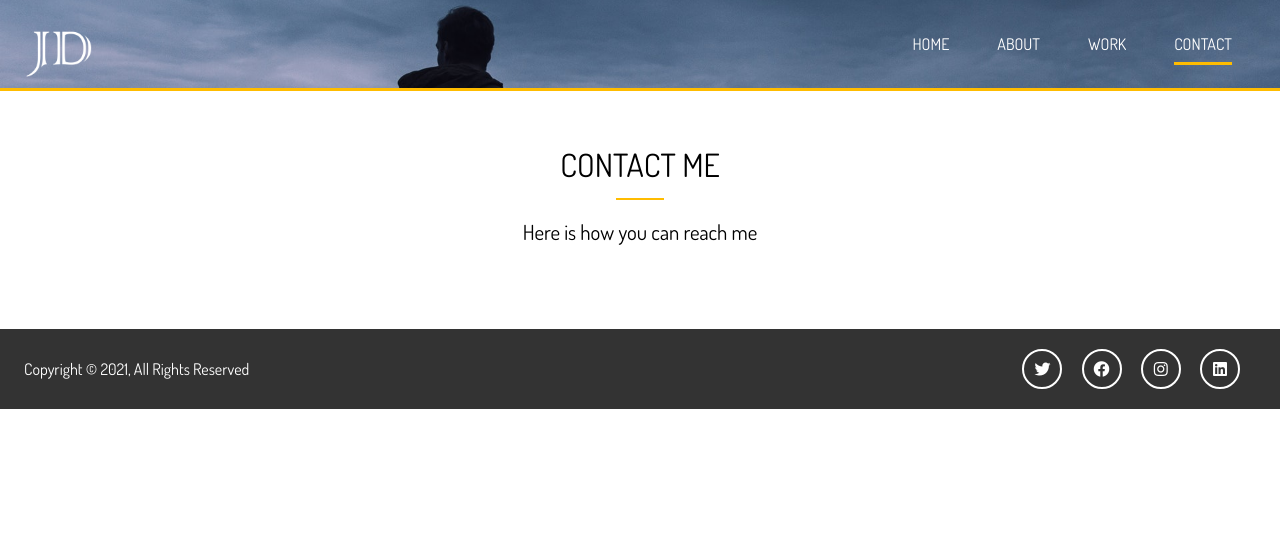
Repository: minhtien9/Portfolio_Website
Page: diet/contact.html
These files come from the project's save history. The page is drawn as it stood at one moment and after the next save; the edit follows.
The browser window is 1280 px wide. The pictures show the whole page.

Above is the page before, as saved 2021-08-29 19:42:29.

After the next save:
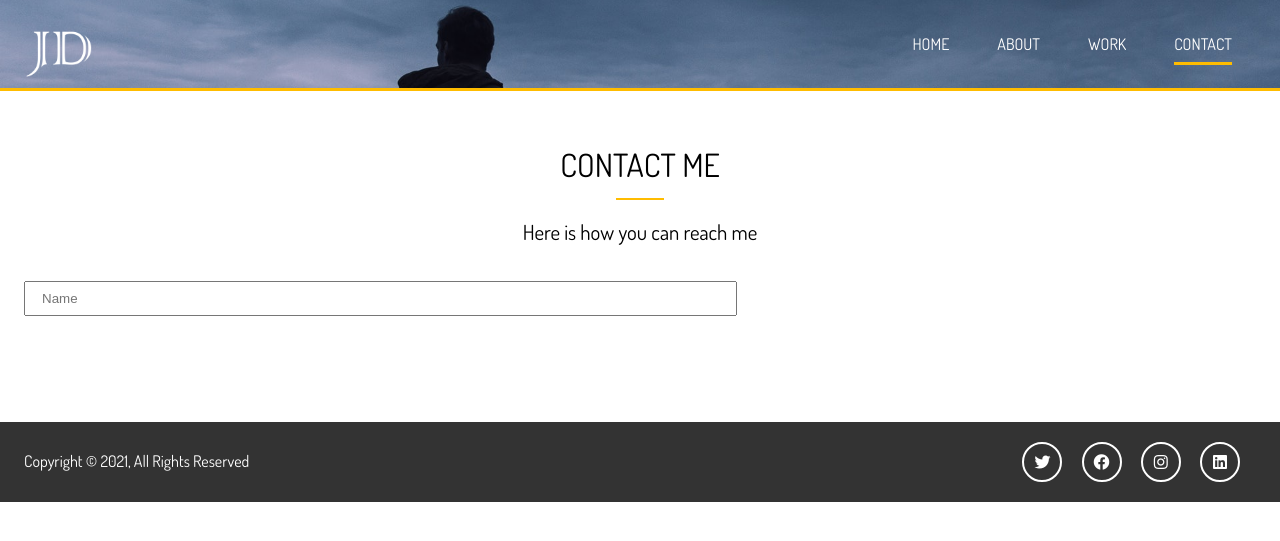
Saved 63 s later.
--- a/diet/contact.html
+++ b/diet/contact.html
@@ -40,6 +40,15 @@
         <h2 class="section-title">Contact Me</h2>
         <div class="bottom-line"></div>
         <p class="lead">Here is how you can reach me</p>
+        <form>
+          <div class="text-fields">
+            <input
+              type="text"
+              class="text-input name-input"
+              placeholder="Name"
+            />
+          </div>
+        </form>
       </div>
     </section>
 
